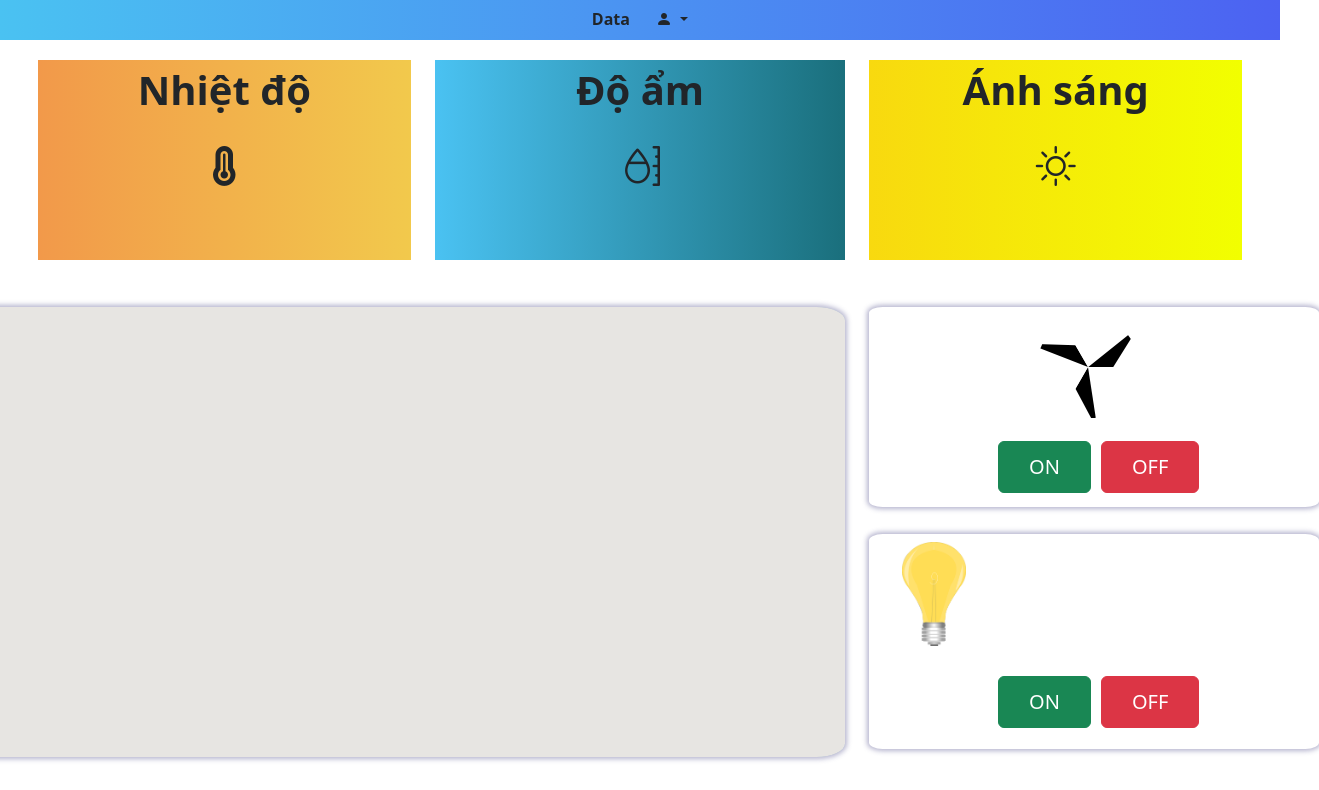
Repository: ndmq03102002/BTL_IOT
Page: Fontend_IOT/iot/index.html
The author's editor kept a copy of each file at every save. The page is drawn from the files as they stood at one save, then again after the next save.
The browser window is 1280 px wide. The page is 1319 px wide, so the pictures cover 1319 px, including what lies to the right of the window. The pictures show the whole page.
The page's requests for data from a server got no answer. Some web libraries are served in a nearby version.

Above is the page before, as saved 2023-09-07 23:11:34.

After the next save:
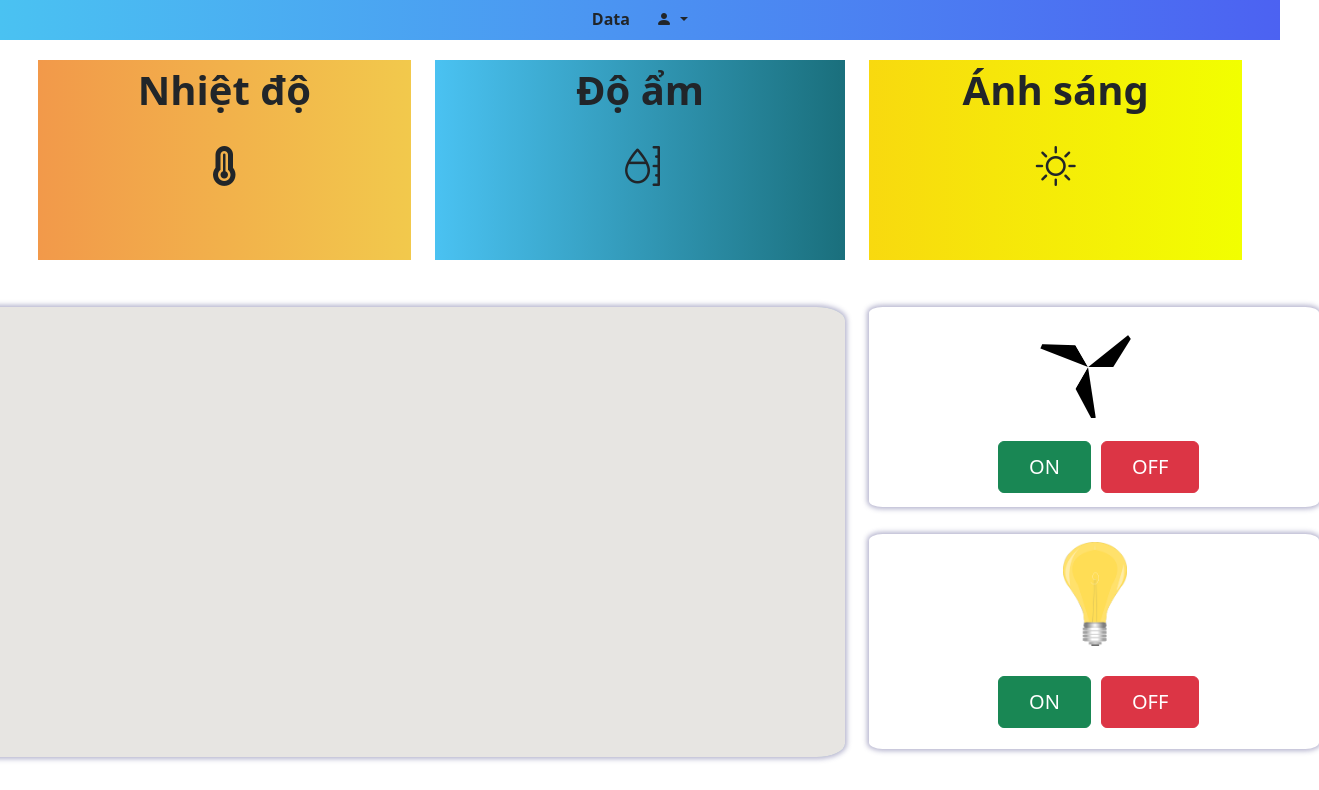
Saved 7 s later.
--- a/Fontend_IOT/iot/style.css
+++ b/Fontend_IOT/iot/style.css
@@ -130,7 +130,7 @@ html {
 .light img {
   width: 50%;
   height: auto%;
-  margin-left: 25%;
+  margin-left: 150%;
 }
 .light-bulb {
   width: 40px;
